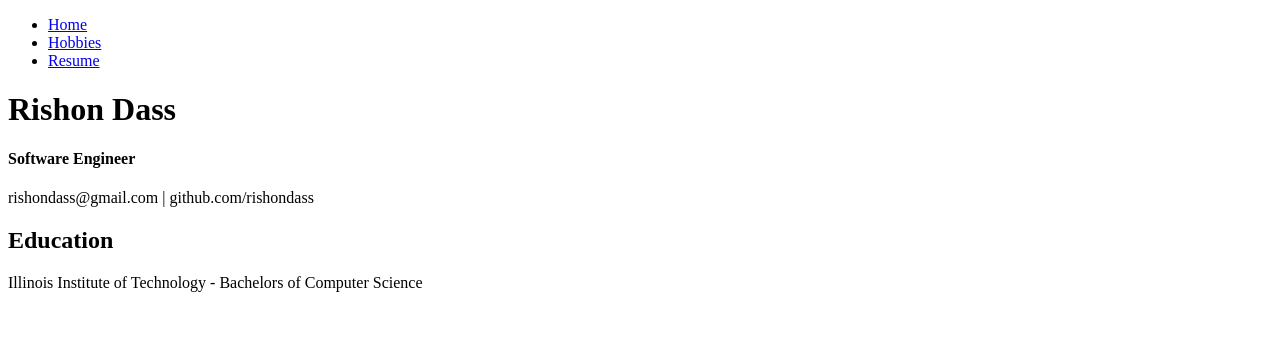
Repository: rishondass/ITMD361-Project1
Page: resume.html
An editor plug-in stored every save of this project. The page is shown before and after the next save, followed by the edit.
The browser window is 1280 px wide. The pictures show the whole page.

Above is the page before, as saved 2023-02-22 15:20:02.

### resume.html
<!DOCTYPE html>
<html lang="en">
<head>
    <meta charset="UTF-8">
    <meta name="viewport" content="width=device-width, initial-scale=1.0">
    <title>Resume</title>
</head>
<body>
    <nav>
        <ul>
            <li>
                <a href="index.html">Home</a>
            </li>
            <li>
                <a href="hobbies.html">Hobbies</a>
            </li>
            <li>
                <a href="resume.html">Resume</a>
            </li>
        </ul>
    </nav>
    <div>
        <h1>
            Rishon Dass
        </h1>
        <h4>
            Software Engineer
        </h4>
        <p>
            rishondass@gmail.com | github.com/rishondass
        </p>
    </div>
    <div>
        <h2>
            Education
        </h2>
        <p>
            Illinois Institute of Technology - Bachelors of Computer Science
        </p>

    </div>
</body>
</html>

After the next save:
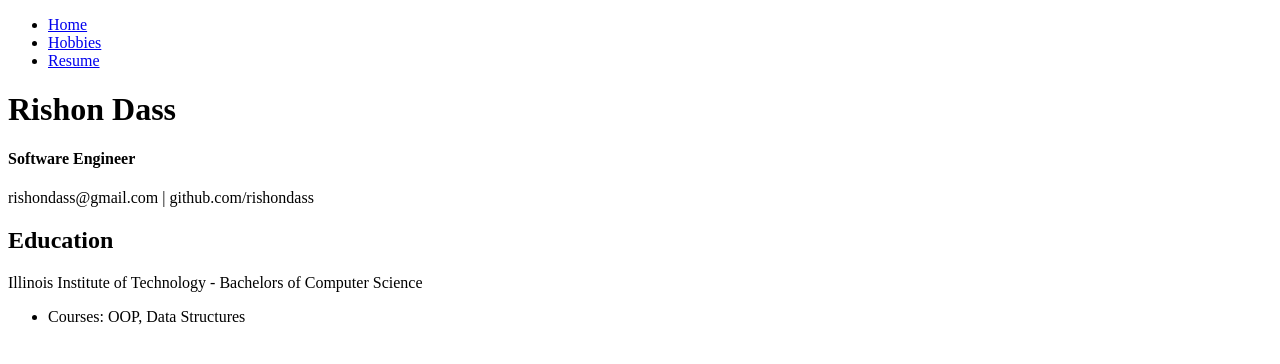
Saved 16 s later.
--- a/resume.html
+++ b/resume.html
@@ -37,7 +37,11 @@
         <p>
             Illinois Institute of Technology - Bachelors of Computer Science
         </p>
-
+        <ul>
+            <li>
+                Courses: OOP, Data Structures
+            </li>
+        </ul>
     </div>
 </body>
 </html>
